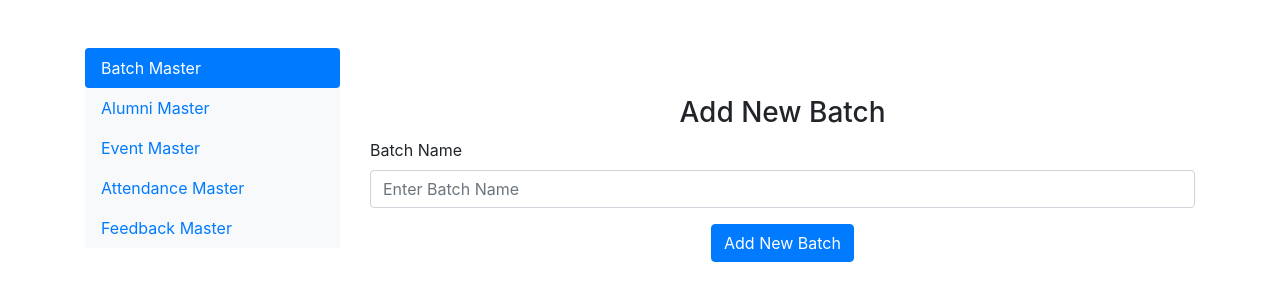
Repository: Shreyash1107/Web_Projects
Page: http://localhost/AlumnieventmanagementApplication/
The author's editor kept a copy of each file at every save. The page is drawn from the files as they stood at one save, then again after the next save.
The browser window is 1280 px wide. The pictures show the whole page.
The page is served by Tomcat 9. Nobody is signed in. The application's start-up code is not run. Other server files are loaded and not shown.

Above is the page before, as saved 2024-07-30 07:36:04.

### AlumnieventmanagementApplication/src/main/webapp/index.jsp
<%@ page language="java" contentType="text/html; charset=ISO-8859-1"
	pageEncoding="ISO-8859-1"%>
<!DOCTYPE html>
<html>
<head>
<meta charset="ISO-8859-1">
<title>Home Page</title>
<link rel="stylesheet"
	href="https://cdn.jsdelivr.net/npm/bootstrap@4.0.0/dist/css/bootstrap.min.css"
	integrity="sha384-Gn5384xqQ1aoWXA+058RXPxPg6fy4IWvTNh0E263XmFcJlSAwiGgFAW/dAiS6JXm"
	crossorigin="anonymous">
<link rel="stylesheet" href="CSS/home.css"/>
</head>
<body>
	<div class="container mt-5">
		<div class="row">
			<div class="col-md-3">
				<div class="nav flex-column nav-pills menubar bg-light" id="v-pills-tab"
					role="tablist" aria-orientation="vertical">
					<a class="nav-link active" href="index.jsp">Batch Master</a>
					<a class="nav-link" href="Alumnimaster.jsp">Alumni Master</a>
					<a class="nav-link" href="EventMaster.jsp">Event Master</a>
					<a class="nav-link" href="#v-pills-attendance">Attendance Master</a>
					<a class="nav-link" href="#v-pills-feedback">Feedback Master</a>
				</div>
			</div>
			<div class="col-md-9 content">
				<div class="form-container mt-5">
					<h3 class="text-center">Add New Batch</h3>
					<form name='frm' id="frm" action='batch' method='POST' onsubmit="validateName()">
						<div class="form-group">
							<label for="txtBatch">Batch Name</label>
							<input type="text" name="batchName" id="txtBatch" class="form-control" placeholder="Enter Batch Name" onkeyup="validateBatch()" autocomplete="off">
							<span id="s"></span>
						</div>
						<div class="form-group d-flex justify-content-center">
							<input type='submit' name='s' id="btn" value='Add New Batch' class="btn btn-primary" />
						</div>
					</form>
				</div>
			</div>
		</div>
	</div>
</body>
</html>

### AlumnieventmanagementApplication/src/main/webapp/CSS/home.css
.
{
	margin-top: -50px;
}

After the next save:
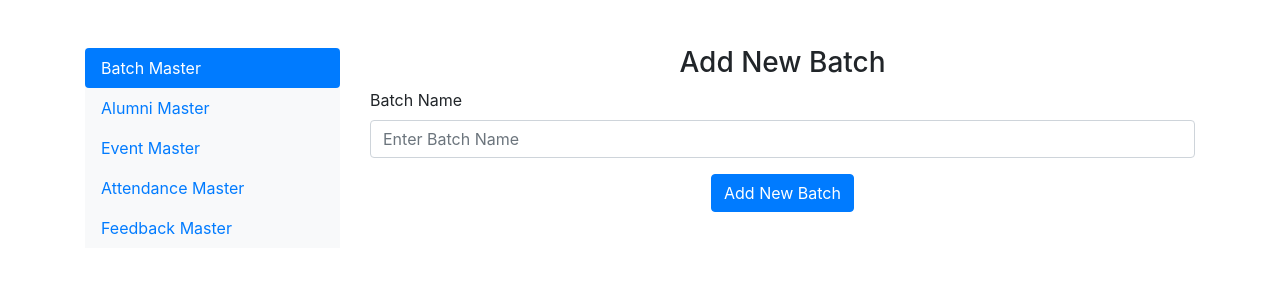
Saved 13 s later.
--- a/AlumnieventmanagementApplication/src/main/webapp/CSS/home.css
+++ b/AlumnieventmanagementApplication/src/main/webapp/CSS/home.css
@@ -1,4 +1,4 @@
-.
+.text-center
 {
 	margin-top: -50px;
 }
